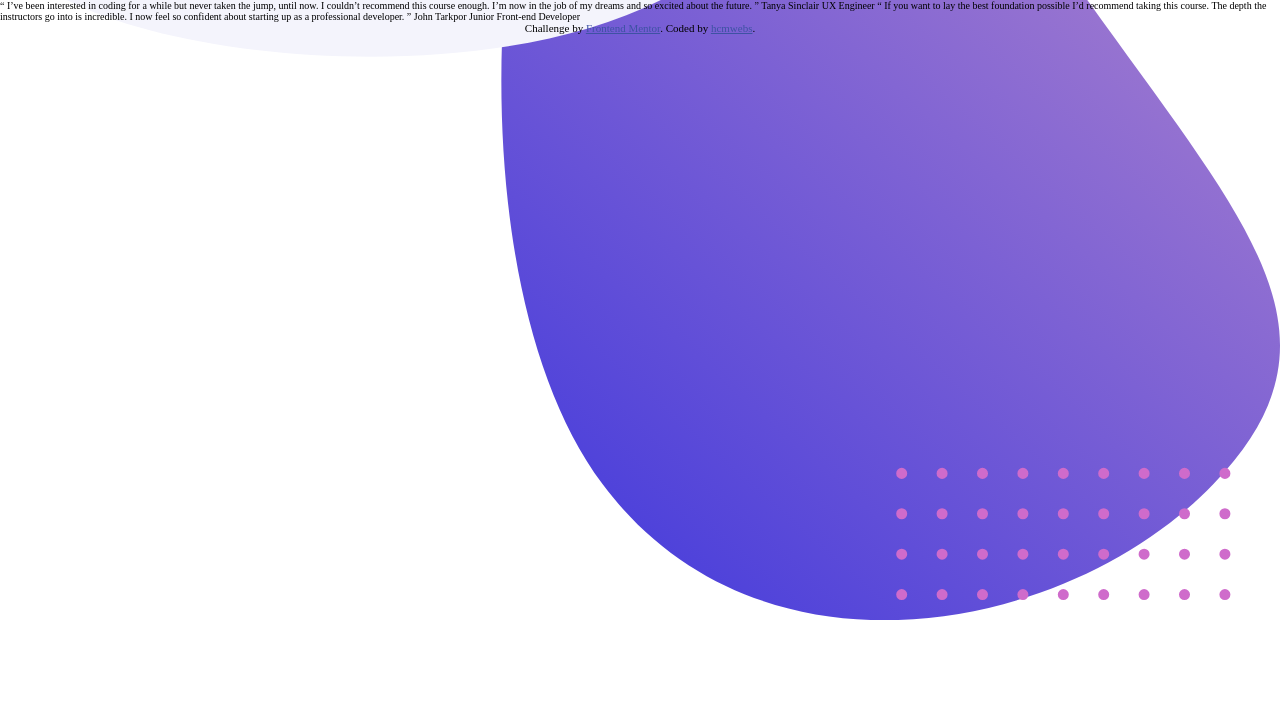
Repository: Hcmwebs/Coding-Bootcamp-Testimonials
Page: index.html
The author's editor kept a copy of each file at every save. The page is drawn from the files as they stood at one save, then again after a run of saves.
The browser window is 1280 px wide. The pictures show the whole page.
The style sheet was rebuilt from its Sass, Less or Tailwind sources for each picture, by a compiler version that may differ from the author's.

Above is the page before, as saved 2020-10-29 13:44:45.

### index.html
<!DOCTYPE html>
<html lang="en">
  <head>
    <meta charset="UTF-8" />
    <meta name="viewport" content="width=device-width, initial-scale=1.0" />
    <!-- displays site properly based on user's device -->

    <link
      rel="icon"
      type="image/png"
      sizes="32x32"
      href="./images/favicon-32x32.png"
    />
    <link rel="stylesheet" href="css/main.css" />
    <title>Frontend Mentor | Coding Bootcamp Testimonials Slider</title>

    <!-- Feel free to remove these styles or customise in your own stylesheet 👍 -->
    <style>
      .attribution {
        font-size: 11px;
        text-align: center;
      }
      .attribution a {
        color: hsl(228, 45%, 44%);
      }
    </style>
  </head>
  <body>
    <div class="container">
      <div class="card"></div>
    </div>
    “ I’ve been interested in coding for a while but never taken the jump, until
    now. I couldn’t recommend this course enough. I’m now in the job of my
    dreams and so excited about the future. ” Tanya Sinclair UX Engineer “ If
    you want to lay the best foundation possible I’d recommend taking this
    course. The depth the instructors go into is incredible. I now feel so
    confident about starting up as a professional developer. ” John Tarkpor
    Junior Front-end Developer

    <div class="attribution">
      Challenge by
      <a href="https://www.frontendmentor.io?ref=challenge" target="_blank"
        >Frontend Mentor</a
      >. Coded by <a href="https://github.com/Hcmwebs">hcmwebs</a>.
    </div>
    <script src="main.js"></script>
  </body>
</html>

### scss/main.scss
@use 'variables';
@use 'utilities';

*{
  margin: 0;
  padding: 0;
  box-sizing: border-box;
}
body{

  font-size: 10px;
  font-weight: 300;
  background-image: url(/images/pattern-bg.svg);
  background-position: center;
  background-size:cover;
  background-repeat: no-repeat;

}

### scss/_variables.scss
@import url('https://fonts.googleapis.com/css2?family=Inter:wght@300;400&display=swap');



$primaryColor : rgba(32,32,17, 1.0);

### scss/_utilities.scss

@mixin gridCenter {
  display: grid;
  place-items: center;
}

@mixin flexCenter {
  display: flex;
  justify-content: center;
  align-items: center;

}

@mixin flexSpaceBetween {
  @include flexCenter;
  justify-content: space-between;
}

Loaded but not shown: main.js (no stored copy; drawn as an empty file)

After the next 6 saves:
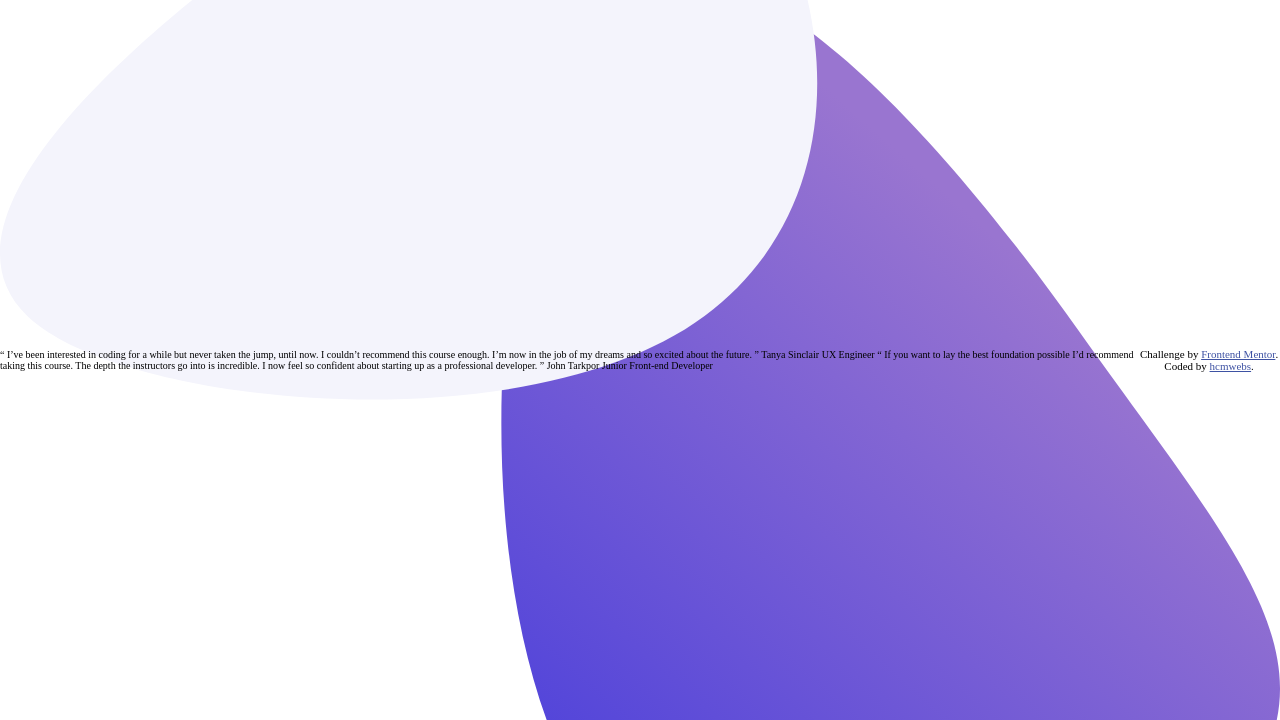
The 6 saves are shown as one change because 5 did not build or start.
The last was saved 9 min 27 s later.
--- a/scss/main.scss
+++ b/scss/main.scss
@@ -1,5 +1,23 @@
 @use 'variables';
 @use 'utilities';
+
+@mixin gridCenter($property) {
+  display: grid;
+  place-items: center;
+}
+
+@mixin flexCenter {
+  display: flex;
+  justify-content: center;
+  align-items: center;
+
+}
+
+@mixin flexSpaceBetween {
+  @include flexCenter;
+  justify-content: space-between;
+}
+
 
 *{
   margin: 0;
@@ -7,12 +25,13 @@
   box-sizing: border-box;
 }
 body{
-
   font-size: 10px;
   font-weight: 300;
   background-image: url(/images/pattern-bg.svg);
   background-position: center;
   background-size:cover;
   background-repeat: no-repeat;
-
+  height: 100vh;
+  width: 100%;
+  @include flexCenter;
 }
--- a/scss/_variables.scss
+++ b/scss/_variables.scss
@@ -1,5 +1,4 @@
 @import url('https://fonts.googleapis.com/css2?family=Inter:wght@300;400&display=swap');
 
-
-
+$font-stack: 'Inter', sans-serif;
 $primaryColor : rgba(32,32,17, 1.0);
--- a/scss/_utilities.scss
+++ b/scss/_utilities.scss
@@ -1,5 +1,5 @@
 
-@mixin gridCenter {
+@mixin gridCenter($property) {
   display: grid;
   place-items: center;
 }
